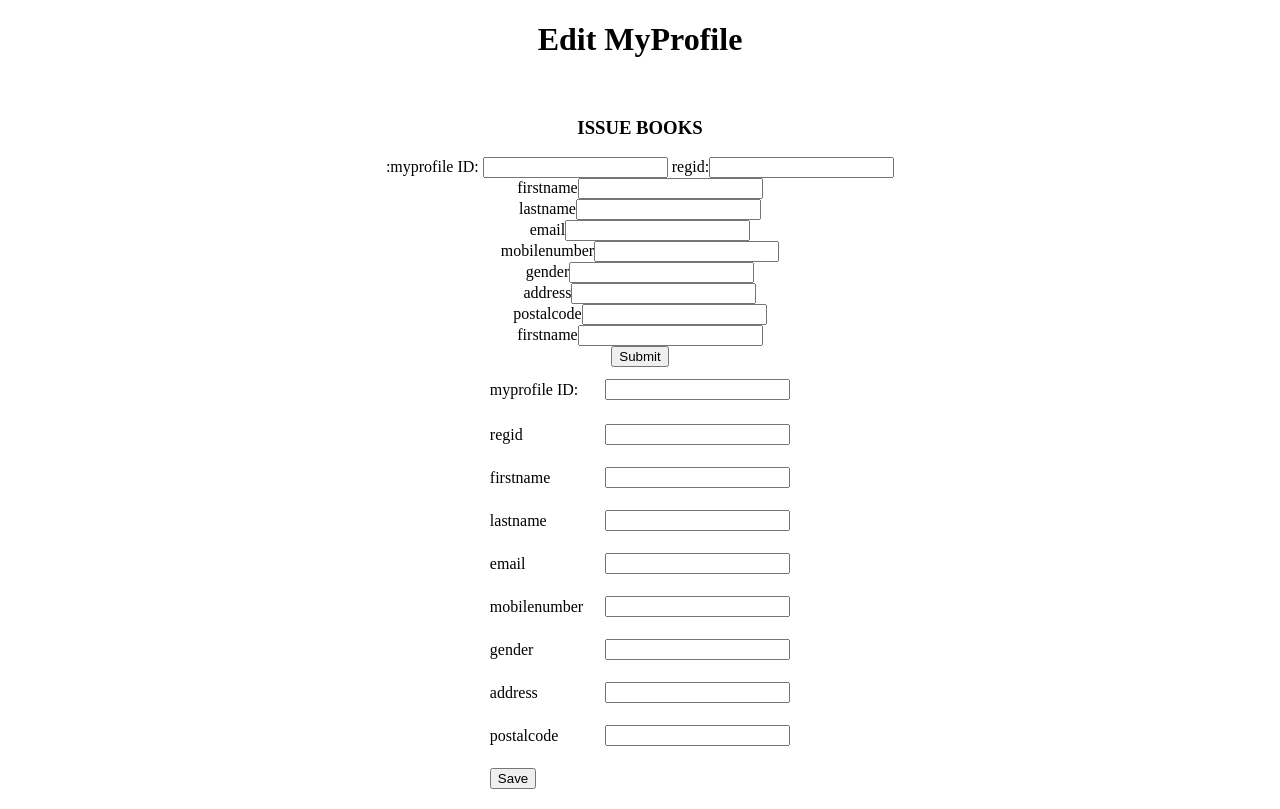
Repository: gousiya669/edubridgeprojects
Page: http://localhost/edit_myprofile
An editor plug-in stored every save of this project. The page is shown before and after the next save, followed by the edit.
The browser window is 1280 px wide. The pictures show the whole page.
The page is this project's Thymeleaf template; nobody is signed in. The template is opened directly, without the code that normally fills it, so the values that code supplies are empty.

Above is the page before, as saved 2021-10-05 06:32:25.

After the next save:
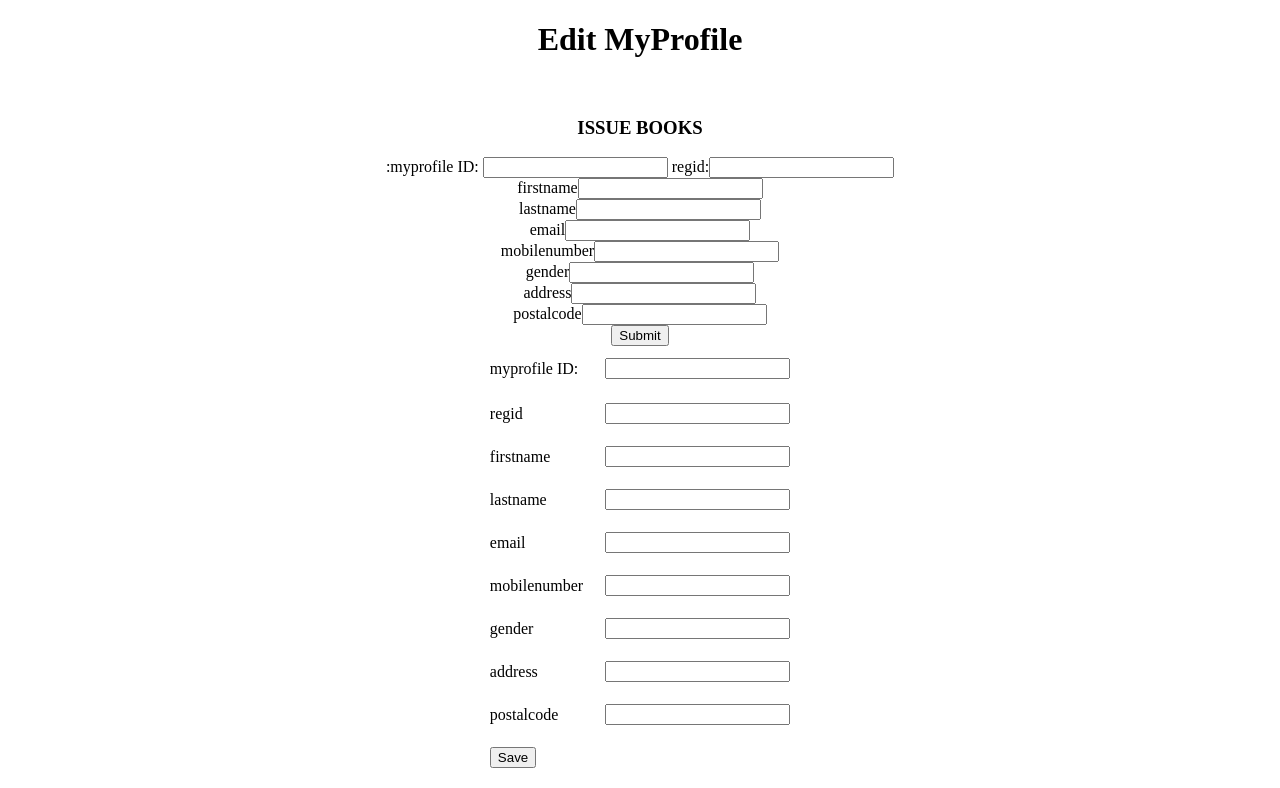
Saved 22 s later.
--- a/java code/eclipse-workspace/shoppingmart/src/main/resources/templates/edit_myprofile.html
+++ b/java code/eclipse-workspace/shoppingmart/src/main/resources/templates/edit_myprofile.html
@@ -54,7 +54,7 @@ method="post">
 
             <label class="form-label">postalcode</label><input  type="number" name="days" class="form-control"/></br>
 
-            <label class="form-label">firstname</label><input  type="number" name="days" class="form-control"/></br>
+
 
 
 
